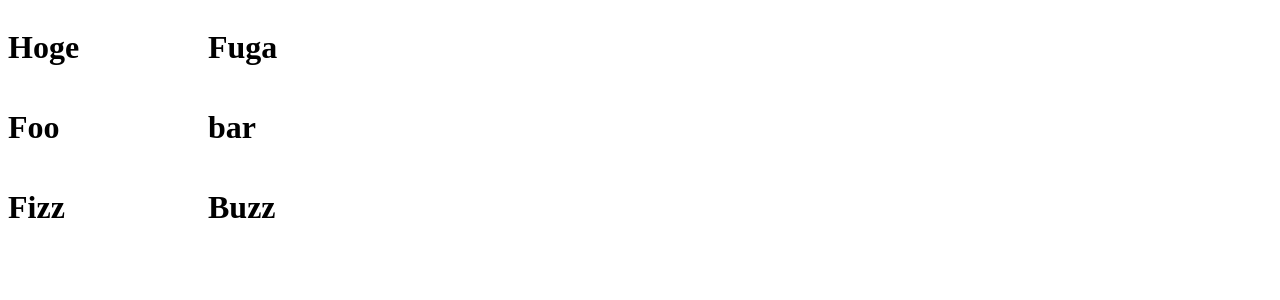
Repository: Taketorimonogatari/sumurai_HTML_CSS
Page: CSSgrid/index.html
The author's editor kept a record of every edit. The page is drawn from the files as they stood at one moment, then again after the next edit.
The browser window is 1280 px wide. The pictures show the whole page.

Above is the page before.

After the next edit:
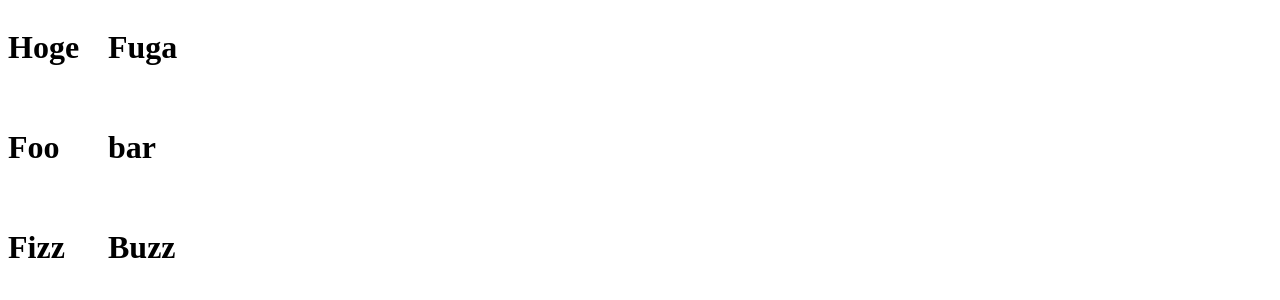
The edit:
--- a/CSSgrid/index.html
+++ b/CSSgrid/index.html
@@ -4,7 +4,8 @@
     <style>
         #grid{
             display:grid;
-            grid-template-columns:200px 200px;
+            grid-template-columns:100px 100px ;
+            grid-template-rows:100px 100px 100px;
         }
     </style>
 </head>
